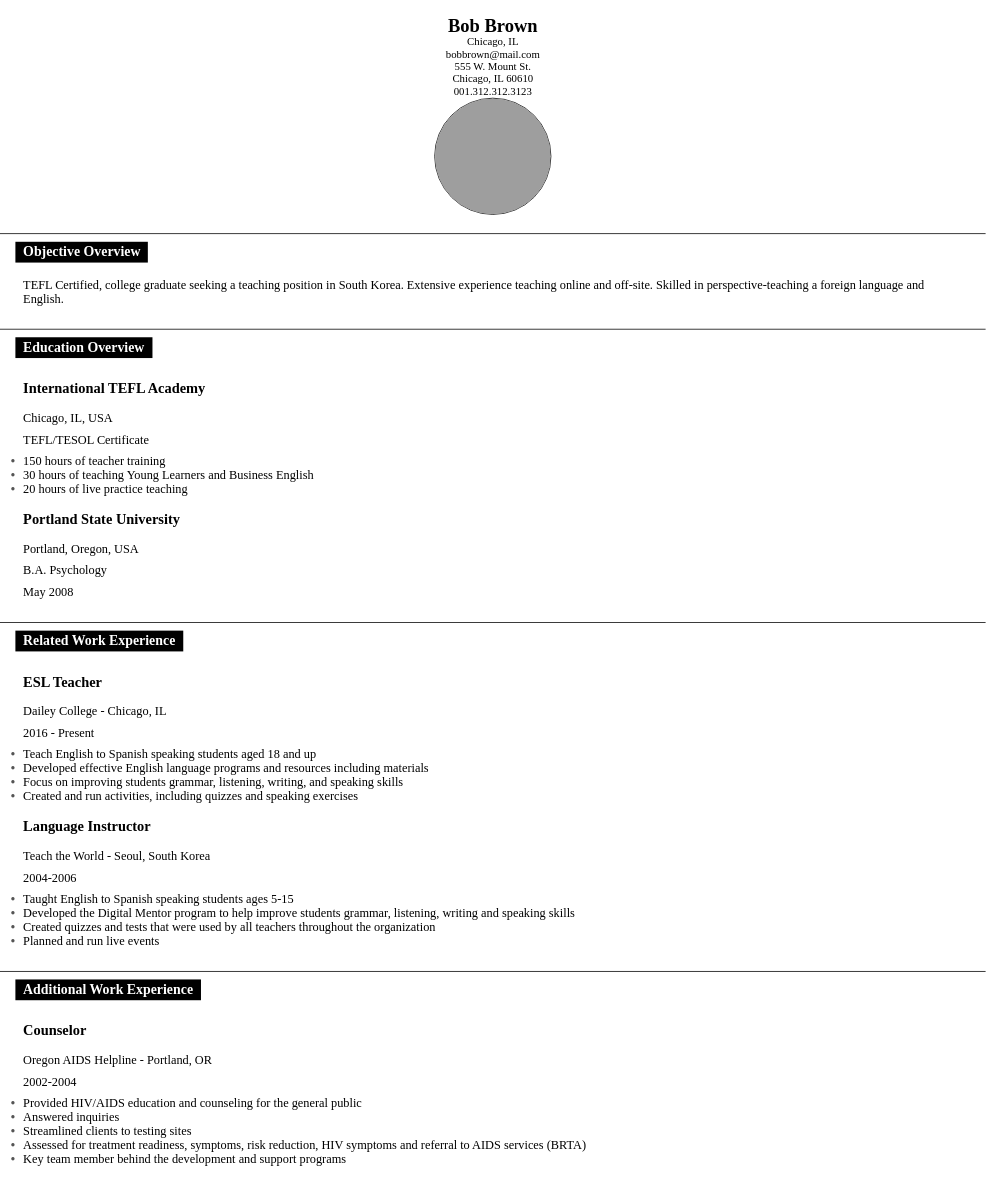
Repository: Gibekkk/WebPro
Page: Tugas Lab 1 (2)/index.html
An editor plug-in stored every save of this project. The page is shown before and after the next save, followed by the edit.
The browser window is 1280 px wide. The pictures show the whole page, at 77% of full size.
Pictures or frames that could not be fetched are drawn as grey boxes.

Above is the page before, as saved 2024-03-25 13:15:16.

After the next save:
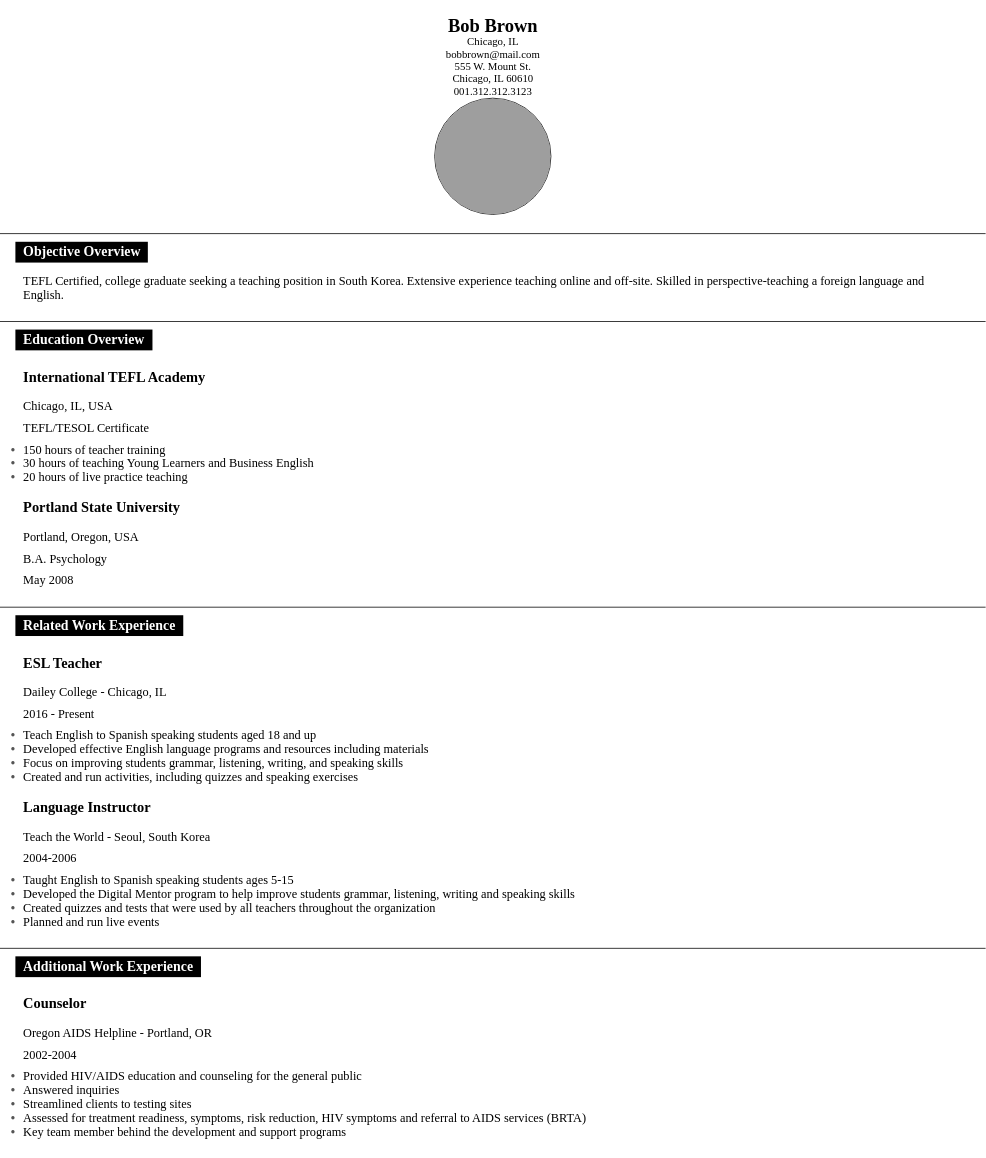
Saved 1 s later.
--- a/Tugas Lab 1 (2)/index.html
+++ b/Tugas Lab 1 (2)/index.html
@@ -50,7 +50,7 @@
     display: inline-block;
   }
   .section-content {
-    padding: 10px;
+    padding: 5px 10px;
   }
   .section-content p, .section-content ul {
     margin: 10px 0;
